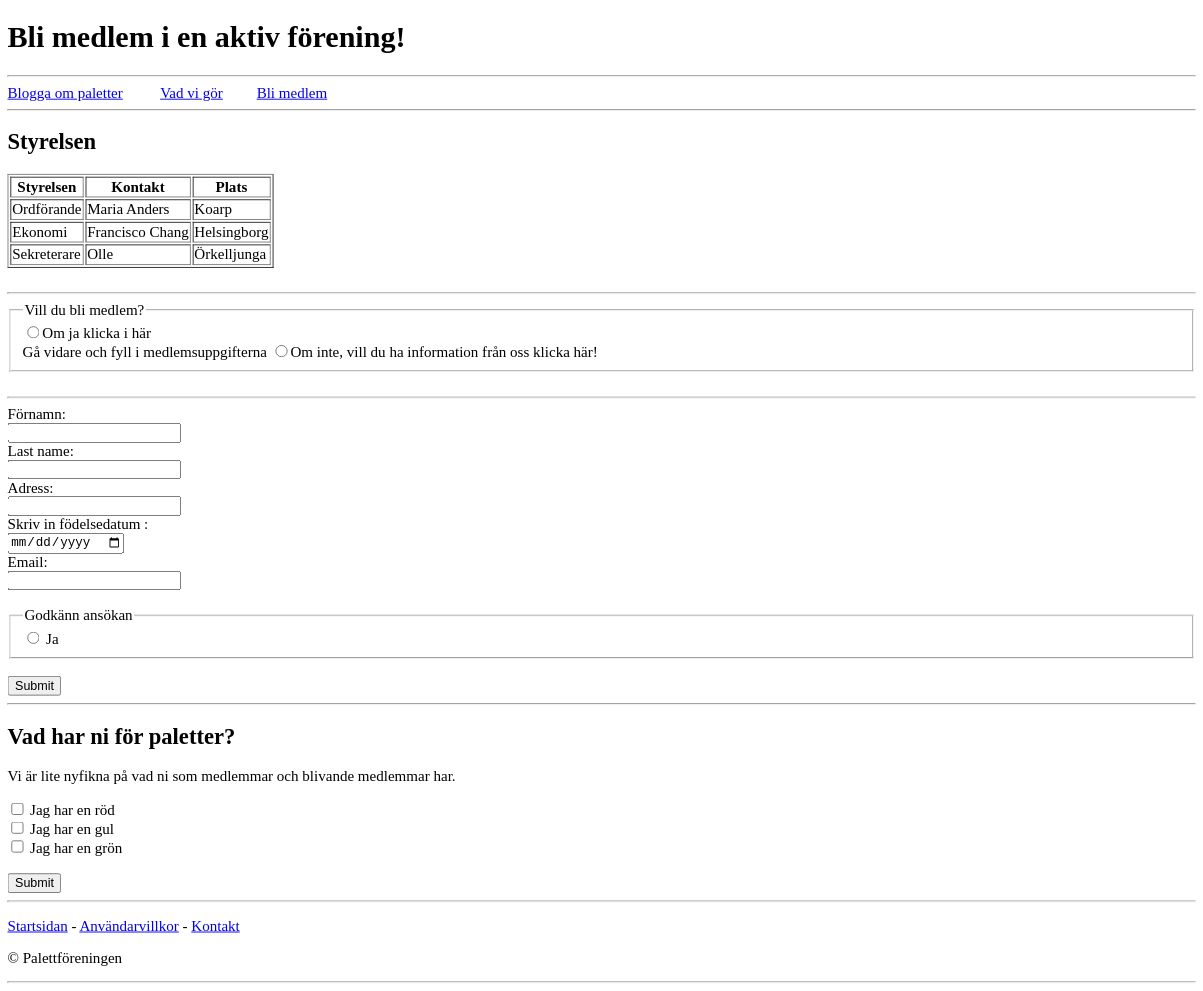
Repository: Webutveckling-20-21/Uppgift-1
Page: medlemskap.html
These files come from the project's save history. The page is drawn as it stood at one moment and after a run of saves; the edit follows.
The browser window is 1280 px wide. The pictures show the whole page, at 94% of full size.

Above is the page before, as saved 2021-09-07 22:26:02.

### medlemskap.html
<!DOCTYPE html>
<html lang="en">

<head>
    <meta charset="UTF-8">
    <meta name="viewport" content="width=device-width, initial-scale=1.0">
    <title>Palettföreningen</title>
</head>

<body>
    <header>
        <h1>Bli medlem i en aktiv förening!</h1>
        <hr>
        <a href="blogg.html">Blogga om paletter</a> &nbsp;&nbsp;&nbsp;&nbsp;&nbsp;&nbsp;&nbsp;&nbsp; <a
            href="verksamheten.html">Vad vi gör</a>&nbsp;&nbsp;&nbsp;&nbsp;&nbsp;&nbsp;&nbsp;&nbsp;
        <a href="medlemskap.html">Bli medlem</a>

    </header>
    <hr>
    <main>
        <h2>Styrelsen</h2>

        <table border="1">
            <tr>
                <th>Styrelsen</th>
                <th>Kontakt</th>
                <th>Plats</th>
            </tr>
            <tr>
                <td>Ordförande</td>
                <td>Maria Anders</td>
                <td>Koarp</td>
            </tr>
            <tr>
                <td>Ekonomi</td>
                <td>Francisco Chang</td>
                <td>Helsingborg</td>
            </tr>
            <tr>
                <td>Sekreterare</td>
                <td>Olle</td>
                <td>Örkelljunga</td>
            </tr>
        </table> <br>
        <hr>

        <form method="post">
            <fieldset>
                <legend>Vill du bli medlem?</legend>
                <label><input type="radio" name="radio">Om ja klicka i här</label><br>
                Gå vidare och fyll i medlemsuppgifterna</a>
                <label><input type="radio" name="radio">Om inte, vill du ha information från oss klicka här!</label>
            </fieldset> <br>
            <hr>
            <label for="fname">Förnamn:</label><br>
            <input type="text" id="text" name="text" value=""><br>
            <label for="lname">Last name:</label><br>
            <input type="text" id="text" name="text" value=""><br>
            <label for="text">Adress:</label><br>
            <input type="text" id="text" name="text" value=""><br>

             Skriv in födelsedatum : <br> <input type="date"><br>

            <label for="email">Email:</label><br>
            <input type="email" id="email" name="email" multiple> <br> <br>
            <fieldset>
    <legend>Godkänn ansökan</legend>
    <label><input type="radio" name="radio"> Ja</label>
  </fieldset> <br>
            <input type="submit" value="Submit">
        </form>


    </main>
    <hr>
    <aside>
        <h2>Vad har ni för paletter?</h2>
        <p>Vi är lite nyfikna på vad ni som medlemmar och blivande medlemmar har.</p>

        <form>
            <input type="checkbox" id="red" name="red" value="red">
            <label for="red"> Jag har en röd</label><br>
            <input type="checkbox" id="yellow" name="yellow" value="yellow">
            <label for="yellow">Jag har en gul</label><br>
            <input type="checkbox" id="green" name="green" value="green">
            <label for="green"> Jag har en grön</label><br><br>
            <input type="submit" value="Submit">
        </form>




    </aside>
    <hr>
    <footer>
        <nav>
            <p>
                <a href="blogg.html">Startsidan</a> -
                <a href="villkor.html">Användarvillkor</a> -
                <a href="kontakt.html">Kontakt</a>
            </p>
        </nav>
        <p> &copy; Palettföreningen</p>

    </footer>
    <hr>

</body>


</html>

After the next 2 saves:
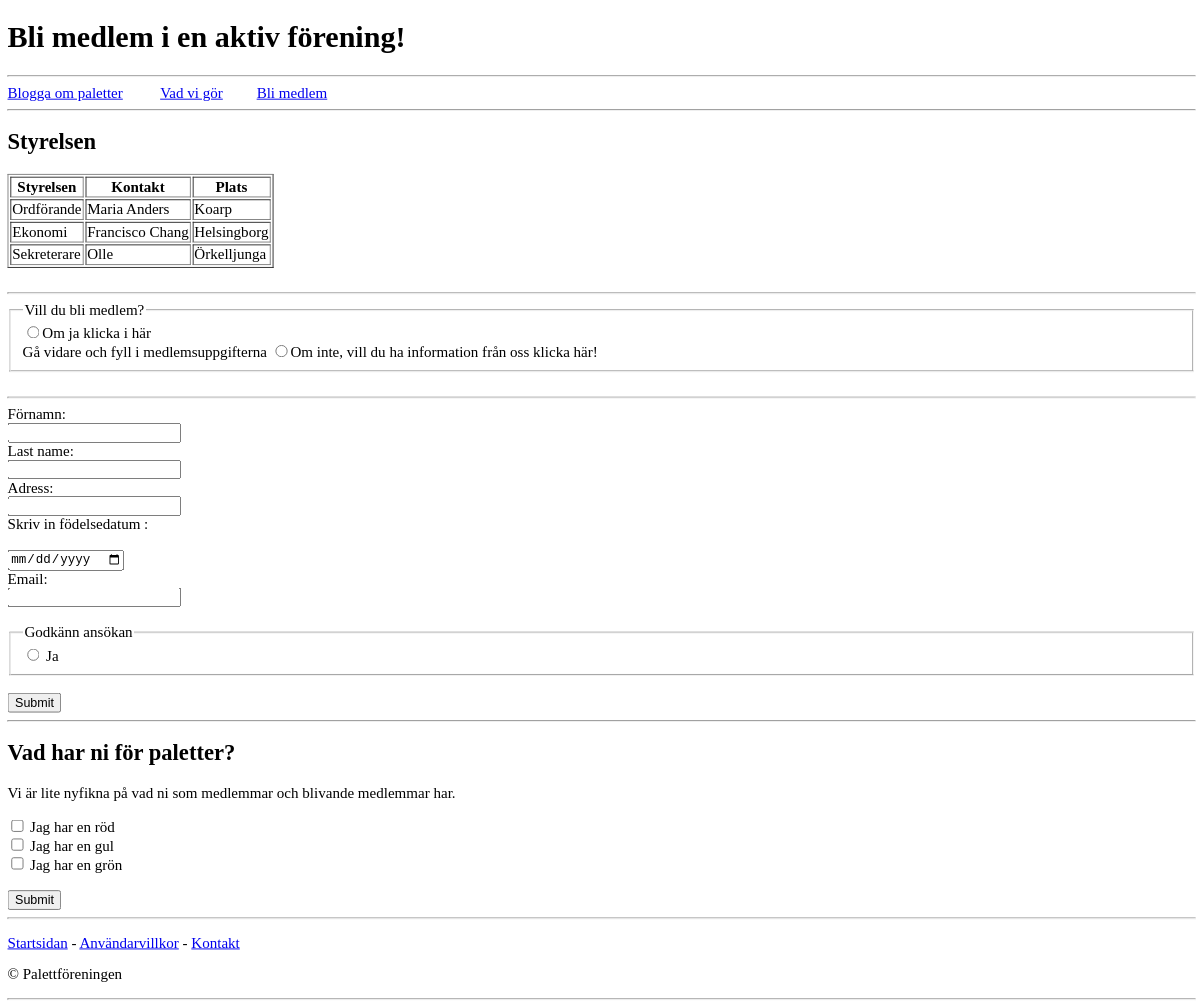
The 2 saves are shown as one change because they came seconds apart.
The last was saved 12 s later.
--- a/medlemskap.html
+++ b/medlemskap.html
@@ -59,7 +59,7 @@
             <label for="text">Adress:</label><br>
             <input type="text" id="text" name="text" value=""><br>
 
-             Skriv in födelsedatum : <br> <input type="date"><br>
+             Skriv in födelsedatum : <br><br> <input type="date"><br>
 
             <label for="email">Email:</label><br>
             <input type="email" id="email" name="email" multiple> <br> <br>

After the save that followed:
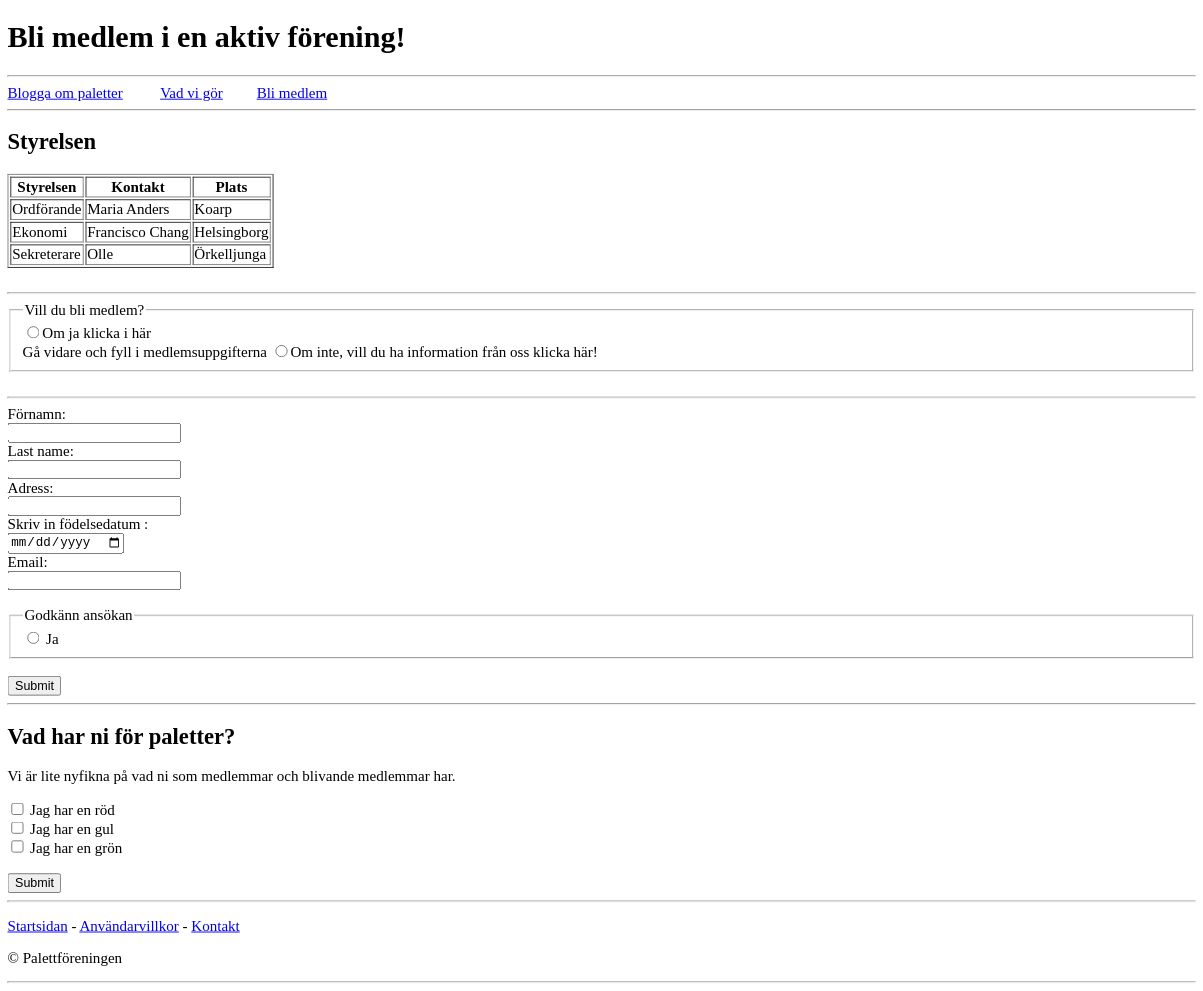
Saved 10 s later.
--- a/medlemskap.html
+++ b/medlemskap.html
@@ -59,7 +59,7 @@
             <label for="text">Adress:</label><br>
             <input type="text" id="text" name="text" value=""><br>
 
-             Skriv in födelsedatum : <br><br> <input type="date"><br>
+             Skriv in födelsedatum : <br> <input type="date"><br>
 
             <label for="email">Email:</label><br>
             <input type="email" id="email" name="email" multiple> <br> <br>
